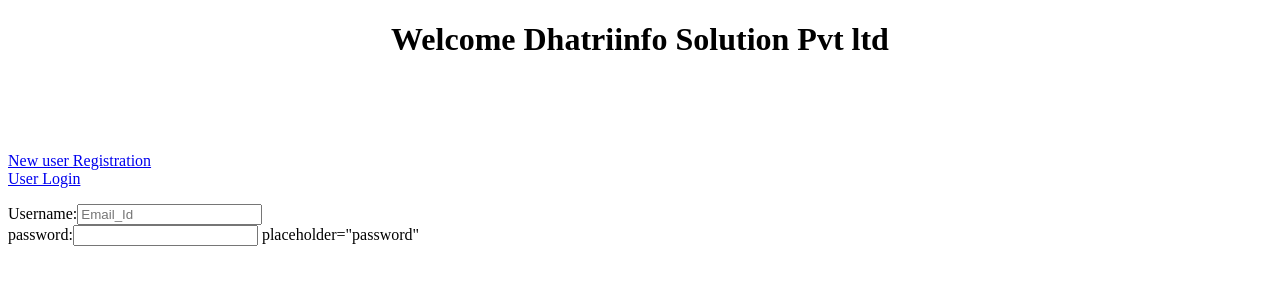
Repository: AbubakarShaik/Java_J2EE_Project
Page: com.testprojectServlet/WebContent/index.html
The author's editor kept a copy of each file at every save. The page is drawn from the files as they stood at one save, then again after the next save.
The browser window is 1280 px wide. The pictures show the whole page.

Above is the page before, as saved 2016-12-22 07:35:17.

### com.testprojectServlet/WebContent/index.html
<!DOCTYPE html>
<html>
<head>
<meta charset="ISO-8859-1">

</head>

<body>
<center>
<h1>Welcome Dhatriinfo Solution Pvt ltd </h1>
</center>
<br>
</br>
<br>
</br>



<a href="Registration.jsp"> New user Registration</a><br>
<a href="login.jsp"> <right>User Login</right></a>
<br>


<p align="right"></p>
<td>Username:<input type="text" name="Username" placeholder="Email_Id"></td></br>
<td>password:<input type="text" name="password"> placeholder="password"</td>
</body>
</html>

After the next save:
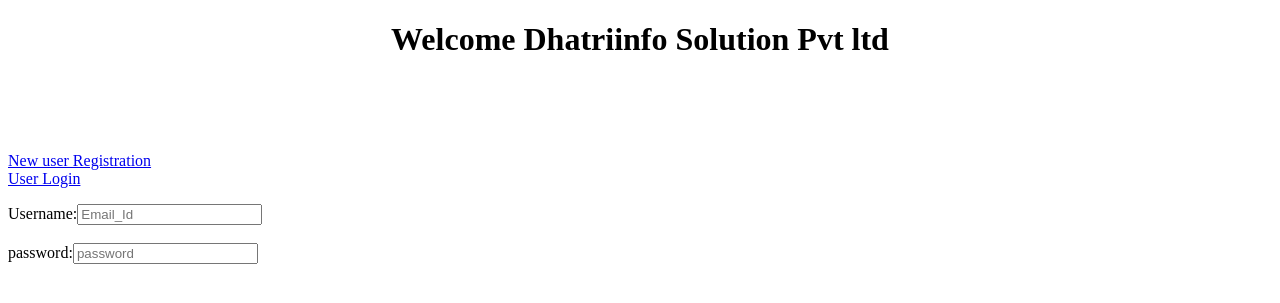
Saved 41 s later.
--- a/com.testprojectServlet/WebContent/index.html
+++ b/com.testprojectServlet/WebContent/index.html
@@ -22,7 +22,9 @@
 
 
 <p align="right"></p>
-<td>Username:<input type="text" name="Username" placeholder="Email_Id"></td></br>
-<td>password:<input type="text" name="password"> placeholder="password"</td>
+<td>Username:<input type="text" name="Username" placeholder="Email_Id"></td>
+<br>
+</br>
+<td>password:<input type="text" name="password" placeholder="password"></td>
 </body>
 </html>
